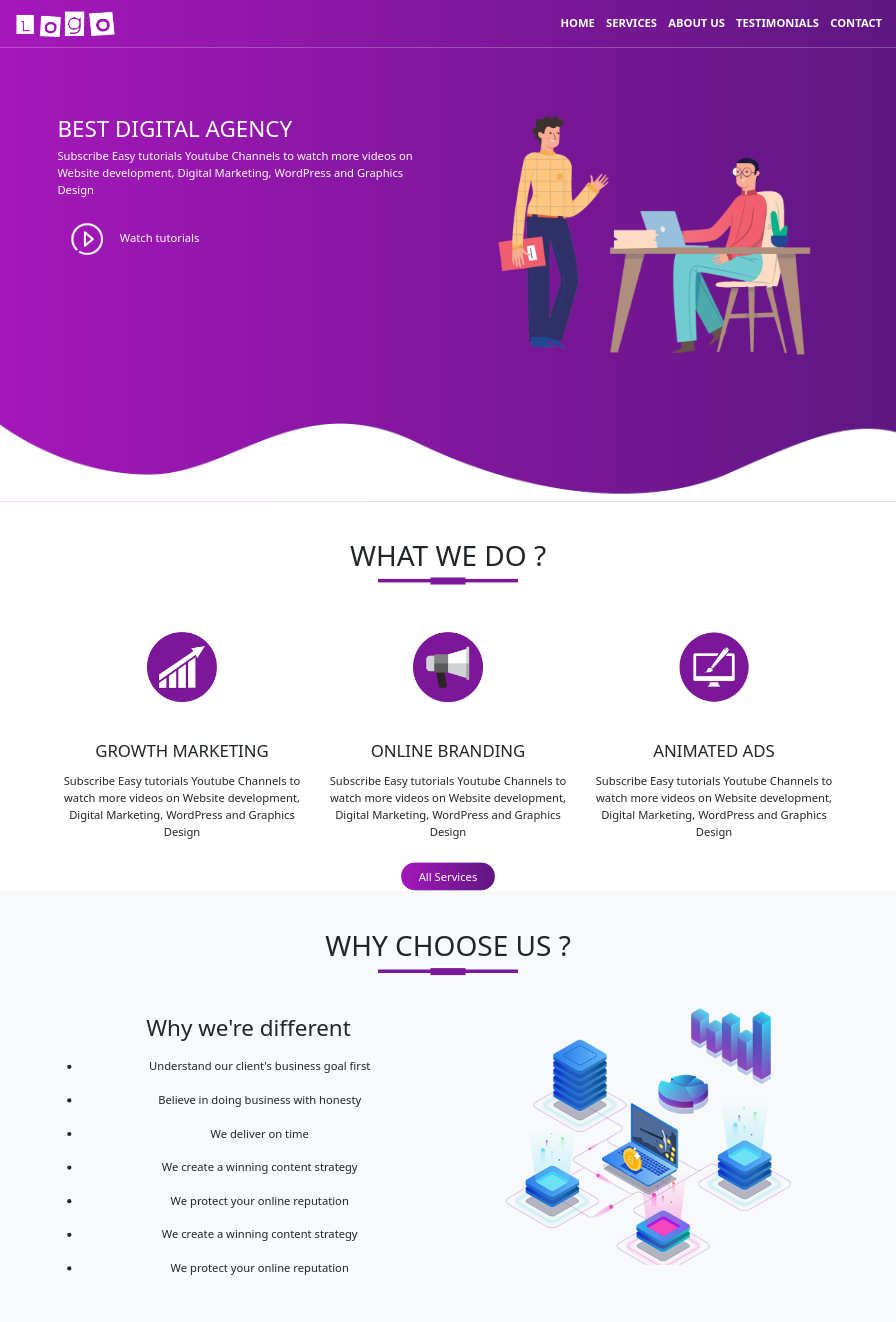
Repository: wadelfadill/Bootstrap_tache_2_website_design
Page: index.html
The author's editor kept a copy of each file at every save. The page is drawn from the files as they stood at one save, then again after the next save.
The browser window is 1280 px wide. The pictures show the whole page, at 70% of full size.
Some web libraries are served in a nearby version.

Above is the page before, as saved 2023-04-05 17:43:52.

### index.html
<!DOCTYPE html>
<html lang="en">
<head>
    <meta charset="UTF-8">
    <meta http-equiv="X-UA-Compatible" content="IE=edge">
    <meta name="viewport" content="width=device-width, initial-scale=1.0">
    <!-- bootstrap css link -->
    <link href="https://cdn.jsdelivr.net/npm/bootstrap@5.1.3/dist/css/bootstrap.min.css" rel="stylesheet" integrity="sha384-1BmE4kWBq78iYhFldvKuhfTAU6auU8tT94WrHftjDbrCEXSU1oBoqyl2QvZ6jIW3" crossorigin="anonymous">
    <!-- css sheet link -->
    <link rel="stylesheet" href="style.css">
    <!-- fontawsome link -->
    <link rel="stylesheet" href="https://cdn.jsdelivr.net/npm/@fortawesome/fontawesome-free@6.2.1/css/fontawesome.min.css">
    <title>bootstrap_website_design</title>
    <script src="https://kit.fontawesome.com/8f130c8a35.js" crossorigin="anonymous"></script>
</head>
<body>
    <section id="nav-bar" class="sticky-top t-0">
        <nav class="navbar navbar-expand-lg navbar-light p-0">
            <div class="container-fluid">
              <a class="navbar-brand" href="#"><img src="images/demo-logo.png" alt="" class="w-75 h-50 p-2"></a>
              <button class="navbar-toggler" type="button" data-bs-toggle="collapse" data-bs-target="#navbarSupportedContent" aria-controls="navbarSupportedContent" aria-expanded="false" aria-label="Toggle navigation">
                <span><i class="fa-solid fa-bars fs-1" style="color: #ffffff;"></i></span>
              </button>
              <div class="collapse navbar-collapse justify-content-end" id="navbarSupportedContent">
                <ul class="navbar-nav ms-auto mb-2 mb-lg-0 ">
                  <li class="nav-item pt-0 pb-1 fw-bold">
                    <a class="nav-link active text-white float-end text-start" aria-current="page" href="#">HOME</a>
                  </li>
                  <li class="nav-item pt-0 pb-1 fw-bold">
                    <a class="nav-link text-white float-end text-start" href="#">SERVICES</a>
                  </li>
                  <li class="nav-item pt-0 pb-1 fw-bold">
                    <a class="nav-link text-white float-end text-start" href="#">ABOUT US</a>
                  </li>
                  <li class="nav-item pt-0 pb-1 fw-bold">
                    <a class="nav-link text-white float-end text-start" href="#">TESTIMONIALS</a>
                  </li>
                  <li class="nav-item pt-0 pb-1 fw-bold">
                    <a class="nav-link text-white float-end text-start" href="#">CONTACT</a>
                  </li>
                </ul>
              </div>
            </div>
          </nav>
    </section>
     <!--banner section  -->
     <section id="banner" class="text-white pt-5">
      <div class="container">
        <div class="row">
          <div class="col-md-6">
            <p class="h2 mt-5">BEST DIGITAL AGENCY</p>
            <p>
              Subscribe Easy tutorials Youtube Channels to watch more videos on
              Website development, Digital Marketing, WordPress and Graphics Design
            </p>
            <a href="" class="tuto text-white text-decoration-none"><img src="images/play.png" alt="" class="play-btn"> Watch tutorials</a>
          </div>
          <div class="col-md-6 text-center">
            <img src="images/home2.png" alt="" class="img-fluid">
          </div>
        </div>
      </div>
     <img src="images/wave1.png" alt="" class="w-100">
     </section>
     <!-- services section -->
     <section id="services" class="pt-5 pb-0">
        <div class="container text-center">
          <h1 class="title text-center">WHAT WE DO ? </h1>
          <div class="row text-center">
            <div class="col-md-4 p-3">
              <img src="images/service1.png" alt="" class="service-img">
              <h4 class="p-2 mt-5 text-uppercase">Growth Marketing</h4>
              <p>
                Subscribe Easy tutorials Youtube Channels to watch more videos on
                Website development, Digital Marketing, WordPress and Graphics Design
              </p>
            </div>
            <div class="col-md-4 p-3">
              <img src="images/service2.png" alt="" class="service-img">
              <h4 class="p-2 mt-5 text-uppercase">Online Branding</h4>
              <p>
                Subscribe Easy tutorials Youtube Channels to watch more videos on
                Website development, Digital Marketing, WordPress and Graphics Design
              </p>
            </div>
            <div class="col-md-4 p-3">
              <img src="images/service3.png" alt="" class="service-img">
              <h4 class="p-2 mt-5 text-uppercase">Animated Ads</h4>
              <p>
                Subscribe Easy tutorials Youtube Channels to watch more videos on
                Website development, Digital Marketing, WordPress and Graphics Design
              </p>
            </div>
          </div>
          <button type="button" class="btn btn-primary">All Services </button>
        </div>
     </section>
     <!-- about us  -->
     <section id="about-us">
        <div class="container text-center">
          <h1 class="title"> WHY CHOOSE US ?</h1>
          <div class="row">
            <div class="col-md-6">
              <p class="h2 mt-4">Why we're different</p>
              <ul>
                <li class="mt-4 mb-0">Understand our client's business goal first</li>
                <li class="mt-4 mb-0">Believe in doing business with honesty</li>
                <li class="mt-4 mb-0">We deliver on time</li>
                <li class="mt-4 mb-0">We create a winning content strategy</li>
                <li class="mt-4 mb-0">We protect your online reputation</li>
                <li class="mt-4 mb-0">We create a winning content strategy</li>
                <li class="mt-4 mb-0">We protect your online reputation</li>
              </ul>
            </div>
            <div class="col-md-6">
              <img src="images/network.png" alt="" class="img-fluid">
            </div>
          </div>

        </div>
     </section>


        <!-- bootstrap js link -->
    <script src="https://cdn.jsdelivr.net/npm/bootstrap@5.1.3/dist/js/bootstrap.bundle.min.js" integrity="sha384-ka7Sk0Gln4gmtz2MlQnikT1wXgYsOg+OMhuP+IlRH9sENBO0LRn5q+8nbTov4+1p" crossorigin="anonymous"></script>
</body>
</html>

### style.css
*{
    margin: 0;
    padding: 0;
}
.navbar{
    background-image: linear-gradient(to right, #a517ba, #5f1782);
}
.navbar-toggler{
    outline: none !important;
}
/* Banner section */
#banner{
    background-image: linear-gradient(to right, #a517ba, #5f1782);


}
.play-btn{
    width: 45px;
    margin: 20px;
}
.service-img{
    width: 100px;
    margin-top: 20px;
}
.title::before{
    content: '';
    background: #7b1798;
    height: 5px;
    width: 200px;
    margin-left: auto;
    margin-right: auto;
    display: block;
    transform: translateY(63px);
}
.title::after{
    content: '';
    background: #7b1798;
    height: 10px;
    width: 50px;
    margin-left: auto;
    margin-right: auto;
    margin-bottom: 40px;
    display: block;
    transform: translateY(8px);
}
#services .btn-primary{
    box-shadow: none;
    padding: 8px 25px;
    border-radius: 20px;
    background-image: linear-gradient(to right, #a517ba, #5f1782);
    outline: none;
    border: none;

}
#about-us{
    background: #f8f9fa;
    padding-bottom: 50px;
    padding-top: 50px;
}

After the next save:
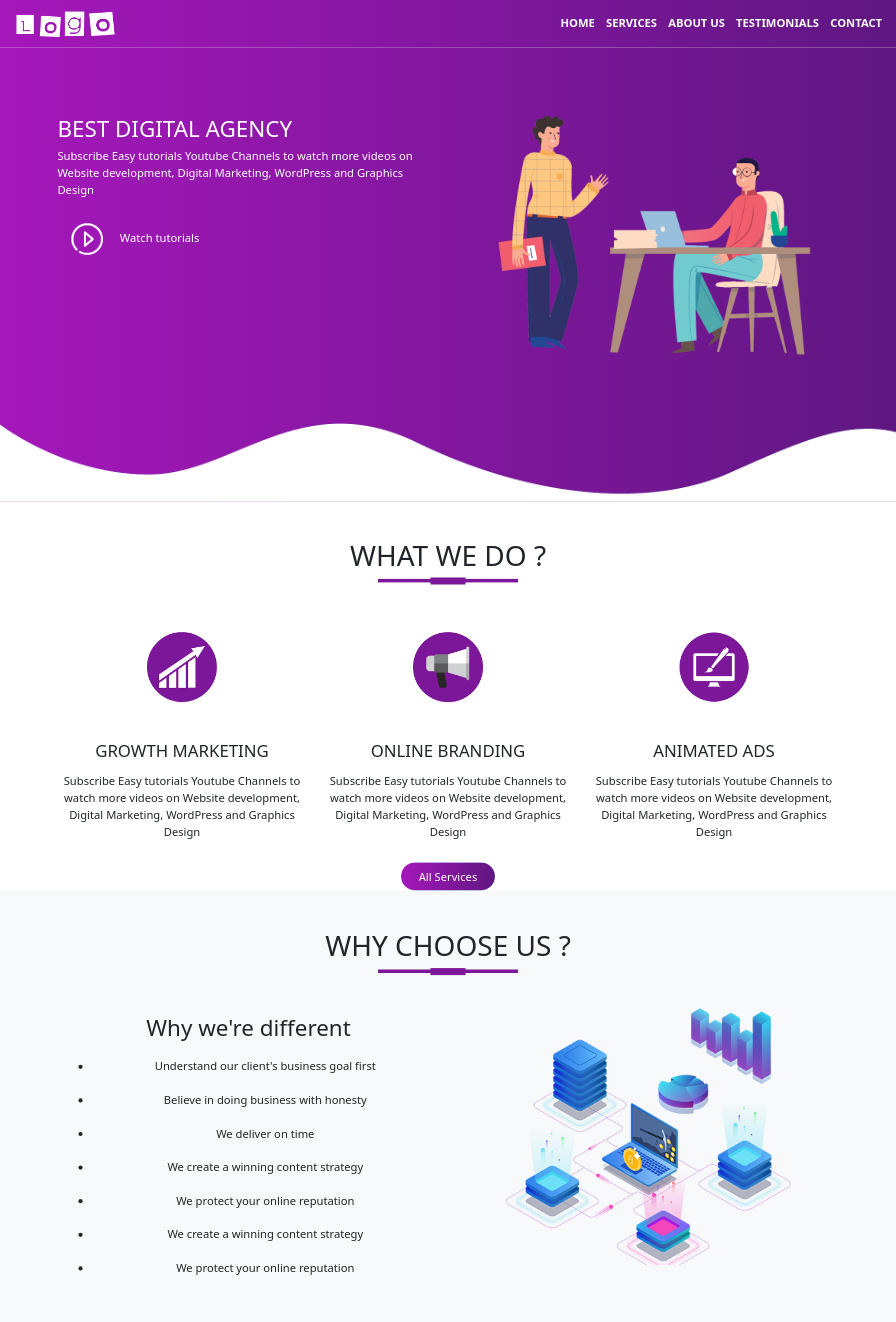
Saved 41 s later.
--- a/index.html
+++ b/index.html
@@ -102,7 +102,7 @@
           <div class="row">
             <div class="col-md-6">
               <p class="h2 mt-4">Why we're different</p>
-              <ul>
+              <ul class="ms-3">
                 <li class="mt-4 mb-0">Understand our client's business goal first</li>
                 <li class="mt-4 mb-0">Believe in doing business with honesty</li>
                 <li class="mt-4 mb-0">We deliver on time</li>
